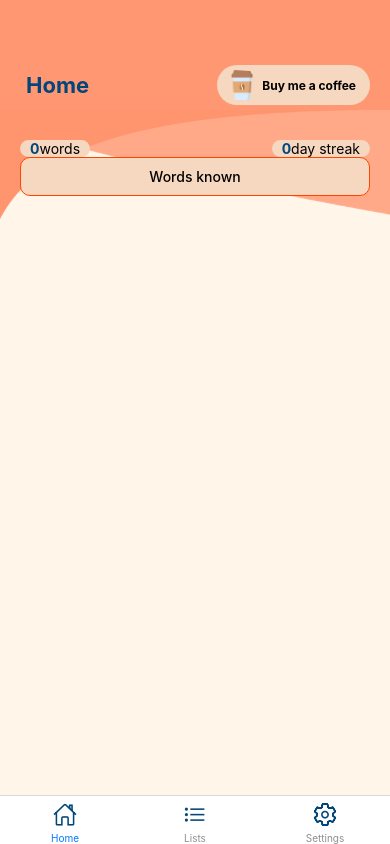
Repository: David-Waite/SpellingApp
Screen: /
The author's editor kept a copy of each file at every save. The screen is drawn from the files as they stood at one save, then again after the next save.
The app was drawn by React Native's web renderer in a window 390 px wide. The project was rebuilt for these pictures with package versions that can differ from the ones it lists, and the page was loaded fresh each time. Also part of the build but not shown: screens/Settings.js, screens/SpellWord.js, screens/WordsLearnt.js, screens/WordListOverview.js, screens/WordLists.js, screens/Donate.js.

Above is the screen before, as saved 2023-06-22 22:23:15.

After the next save:
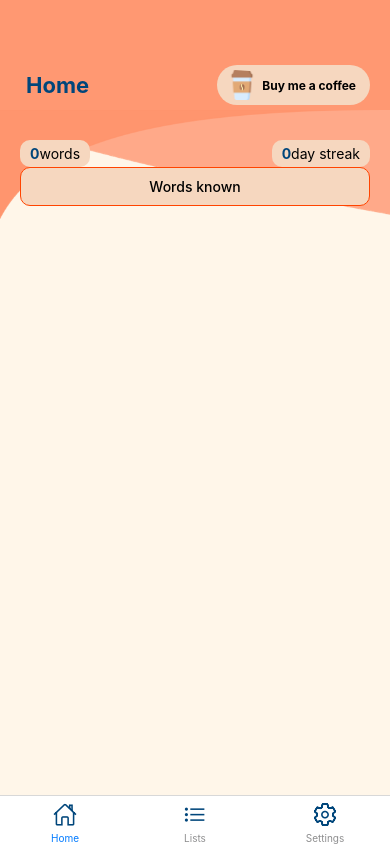
Saved 6 s later.
--- a/components/ui/Home/StatBtn.js
+++ b/components/ui/Home/StatBtn.js
@@ -19,6 +19,7 @@ const styles = StyleSheet.create({
     backgroundColor: GlobalStyles.colors.primary100,
     borderRadius: 10,
     paddingHorizontal: 10,
+    paddingVertical: 5,
   },
   stat: {
     color: GlobalStyles.colors.accent500,
